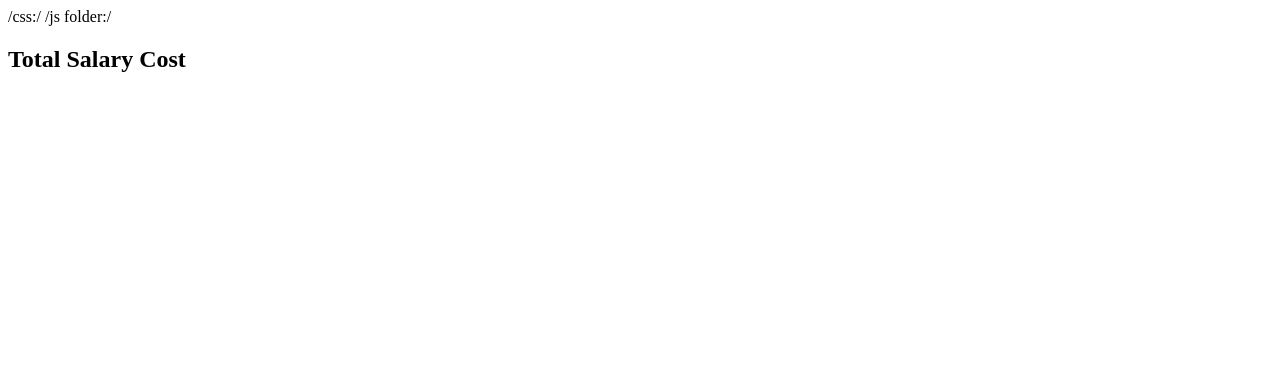
Repository: Code-Institute-Submissions/danfiliphoff-Milestoneproject-2
Page: index.html
The author's editor kept a record of every edit. The page is drawn from the files as they stood at one moment, then again after the next edit.
The browser window is 1280 px wide. The pictures show the whole page.

Above is the page before.
Console error: SyntaxError: Invalid or unexpected token

### index.html
<!DOCTYPE html>
<html lang="en">
<head>
    <meta charset="UTF-8">
    <meta name="viewport" content="width=device-width, initial-scale=1.0">
    <meta http-equiv="X-UA-Compatible" content="ie=edge">
    <title>Payroll Dashboard</title>
    /css:/
    <link rel="stylesheet" href="static/css/style.css" type="text/css" />
    <link rel="stylesheet" href="" type="text/css" />
    /js folder:/
    <script type="text/javascript" src="static/js/d3.min.js"></script>
    <script type="text/javascript" src="static/js/crossfilter.min.js"></script>
    <script type="text/javascript" src="static/js/dc.min.js"></script>
    <script type="text/javascript" src="static/js/queue.min.js"></script>
    <script type="text/javascript" src="static/js/graphs.js"></script>
</head>

<body>
    <header>
    </header>
    <!--*****Graphs******-->
    <div>
        <!--*****Pie Chart******-->
        <div>
            <h2>Total Salary Cost</h2>
            <div id="total-cost-pie-chart"></div>
        </div>
    </div>

    <footer>
    </footer>

</body>
</html>

### static/js/graphs.js
/*väntar med att skapa graf tills data är laddat*/
queue()
    .defer(d3.csv, "data/payroll.data.csv")
    .await(makeGraphs);

/*skapar graf och hämtar data*/
function makeGraphs(error, payrollData) {
    var ndx = crossfilter(payrollData);
    var type_dim = ndx.dimension(function(d){('Type')});
    var total_cost_pie_chart = type_dim.group().reduceSum(dc.pluck('Sum'));

    /*for ( of )
    if
    else if
    else if

    dc.pieChart('#total-cost-pie-chart')
        .height(330)
        .radius(90)
        .transitionDuration(1500)
        .dimension(type_dim)
        .group(total_cost_pie_chart);

    dc.renderAll();

}

Loaded but not shown: static/js/d3.min.js (library); static/js/crossfilter.min.js (library); static/js/dc.min.js (library); static/js/queue.min.js (common file); static/css/style.css (no copy from this time; the picture is the same without it)

After the next edit:
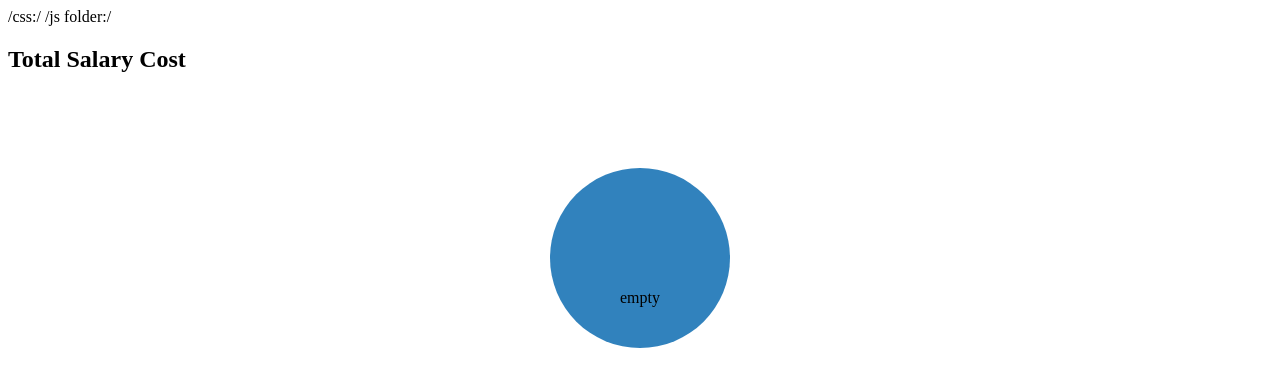
The error is gone.
The edit:
--- a/static/js/graphs.js
+++ b/static/js/graphs.js
@@ -12,7 +12,7 @@
     /*for ( of )
     if
     else if
-    else if
+    else if*/
 
     dc.pieChart('#total-cost-pie-chart')
         .height(330)
